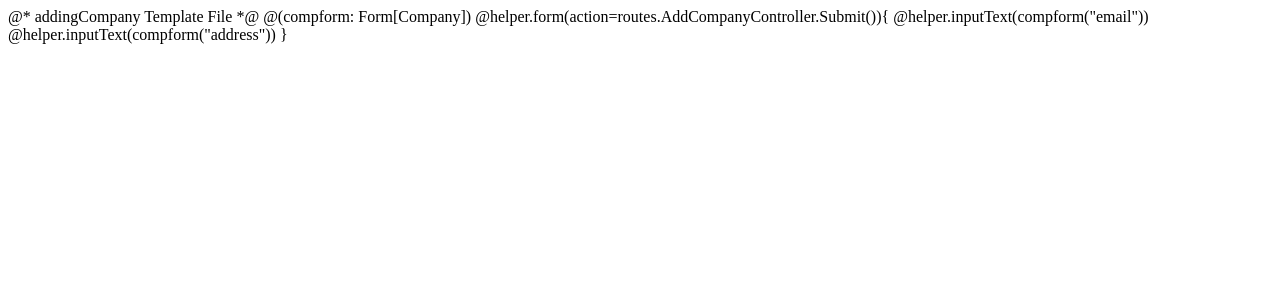
Repository: PoonamDeokar/SalesTool
Page: CrudDemo/app/views/addingCompany.scala.html
These files come from the project's save history. The page is drawn as it stood at one moment and after the next save; the edit follows.
The browser window is 1280 px wide. The pictures show the whole page.

Above is the page before, as saved 2016-09-17 05:22:09.

### CrudDemo/app/views/addingCompany.scala.html
@* addingCompany Template File *@
@(compform: Form[Company])
@helper.form(action=routes.AddCompanyController.Submit()){
	@helper.inputText(compform("email"))
	@helper.inputText(compform("address"))
}

After the next save:
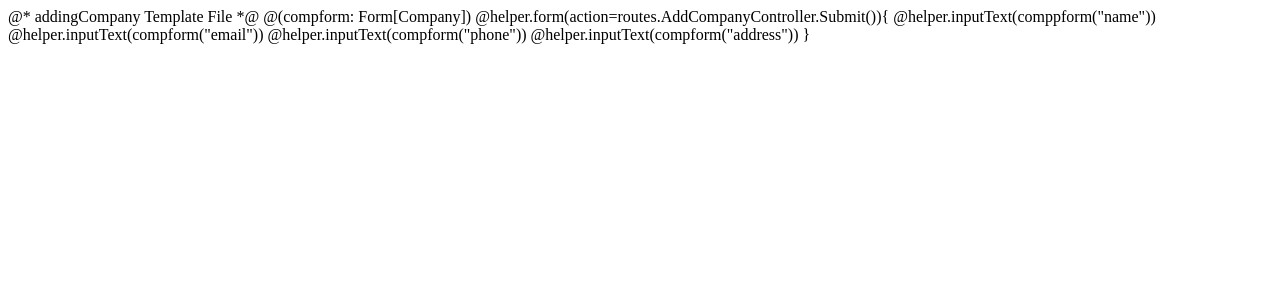
Saved 7 min 32 s later.
--- a/CrudDemo/app/views/addingCompany.scala.html
+++ b/CrudDemo/app/views/addingCompany.scala.html
@@ -1,6 +1,8 @@
 @* addingCompany Template File *@
 @(compform: Form[Company])
 @helper.form(action=routes.AddCompanyController.Submit()){
+	@helper.inputText(comppform("name"))
 	@helper.inputText(compform("email"))
+	@helper.inputText(compform("phone"))
 	@helper.inputText(compform("address"))
 }
